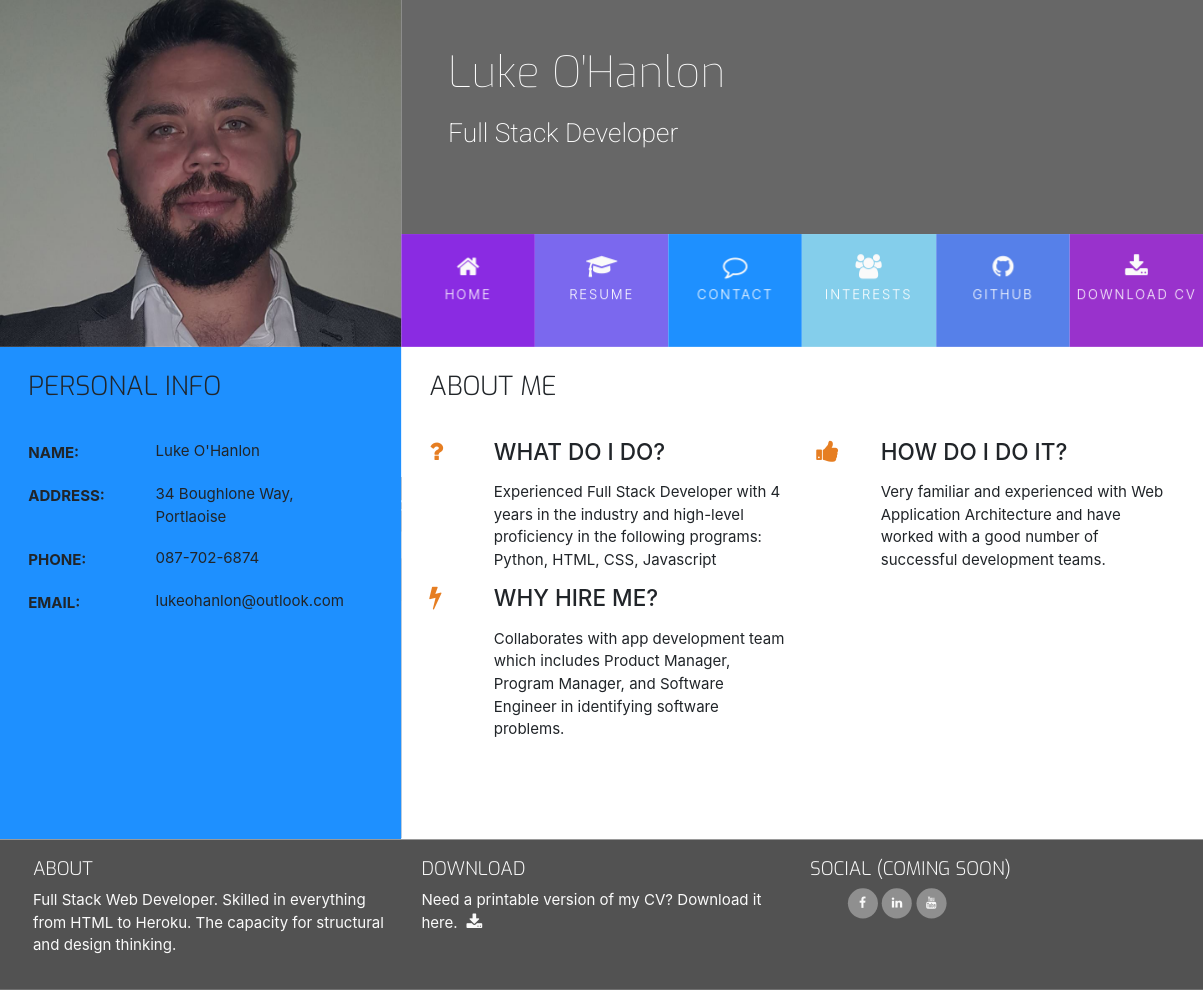
Repository: luke0han/my-resume
Page: index.html
The author's editor kept a record of every edit. The page is drawn from the files as they stood at one moment, then again after the next edit.
The browser window is 1280 px wide. The pictures show the whole page, at 94% of full size.

Above is the page before.

After the next edit:
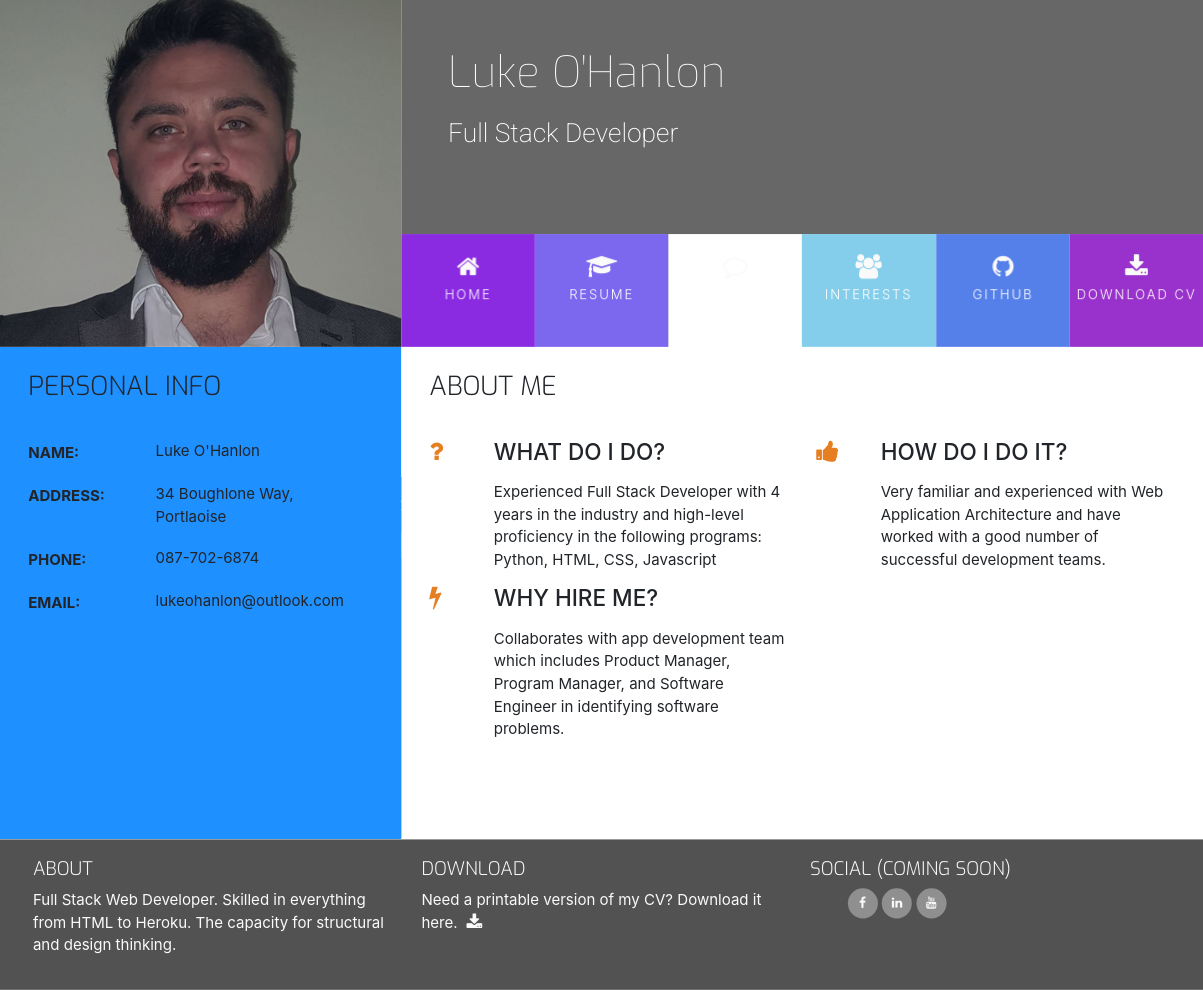
The edit:
--- a/assets/css/style.css
+++ b/assets/css/style.css
@@ -17,7 +17,7 @@
 }
 
 .ui-menu-color-contact {
-    background-color: #1E90FF;
+    background-color: #ab9ea;
 }
 
 .ui-menu-color-download {
